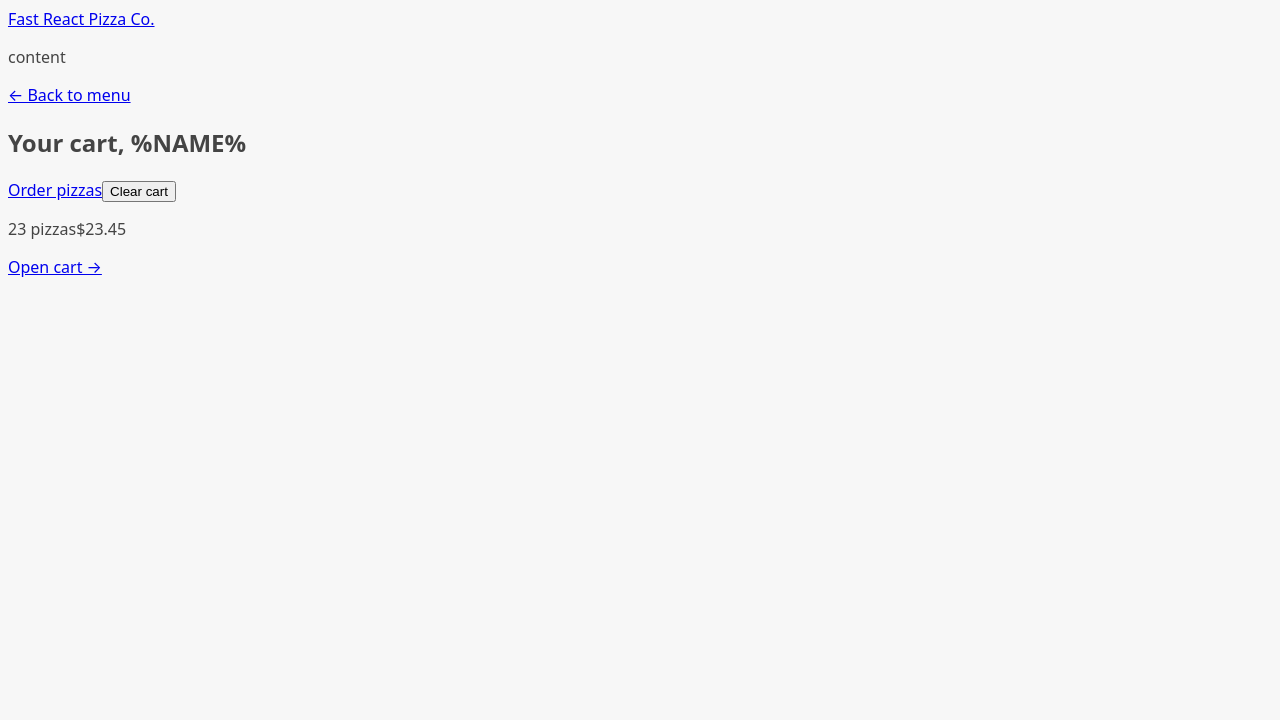
Repository: ayakhaled0001/pizza-delivery
Page: /cart
These files come from the project's save history. The page is drawn as it stood at one moment and after the next save; the edit follows.
The browser window is 1280 px wide. The pictures show the whole page.
The project was rebuilt for these pictures with package versions that can differ from the ones it lists, and the page was loaded fresh each time. Also part of the build but not shown: vite.config.js, src/ui/Home.jsx, src/services/apiRestaurant.jsx, src/utilities/helpers.jsx, src/features/menu/MenuItem.jsx, src/features/menu/Menu.jsx, src/features/order/Order.jsx. Imported but missing from the stored project, and not drawn on this page: src/features/order/CreateOrder.

Above is the page before, as saved 2025-04-26 15:25:27.

### src/App.jsx
import { createBrowserRouter, RouterProvider } from "react-router-dom";
import Home from "./ui/Home";
import Menu, { loader as menuLoader } from "./features/menu/Menu";
import Cart from "./features/cart/Cart";
import CreateOrder from "./features/order/CreateOrder";
import Order from "./features/order/Order";
import AppLayout from "./ui/AppLayout";
const router = createBrowserRouter([
  {
    element: <AppLayout />,
    children: [
      { path: "/", element: <Home /> },
      { path: "/menu", element: <Menu />, loader: menuLoader },
      { path: "/cart", element: <Cart /> },
      { path: "/order/new", element: <CreateOrder /> },
      { path: "/order/:orderId", element: <Order /> },
    ],
  },
]);
function App() {
  return <RouterProvider router={router} />;
}

export default App;

### src/ui/AppLayout.jsx
import Header from "./Header";
import CartOverview from "../features/cart/CartOverview";
import { Outlet, useNavigation } from "react-router-dom";

function AppLayout() {
  const navigation = useNavigation();
  const isLoading = navigation.state === "loading";
  return (
    <div>
      <Header />
      <main>
        <p>content</p>
        <Outlet />
      </main>
      <CartOverview />
    </div>
  );
}

export default AppLayout;

### src/ui/Header.jsx
import { Link } from "react-router-dom";

function Header() {
  return (
    <header>
      <Link to="/">Fast React Pizza Co.</Link>
    </header>
  );
}

export default Header;

Loaded but not shown: index.html (common file); src/main.jsx (common file); src/index.css (common file); src/features/cart/Cart.jsx (common file); src/features/cart/CartOverview.jsx (common file)

After the next save:
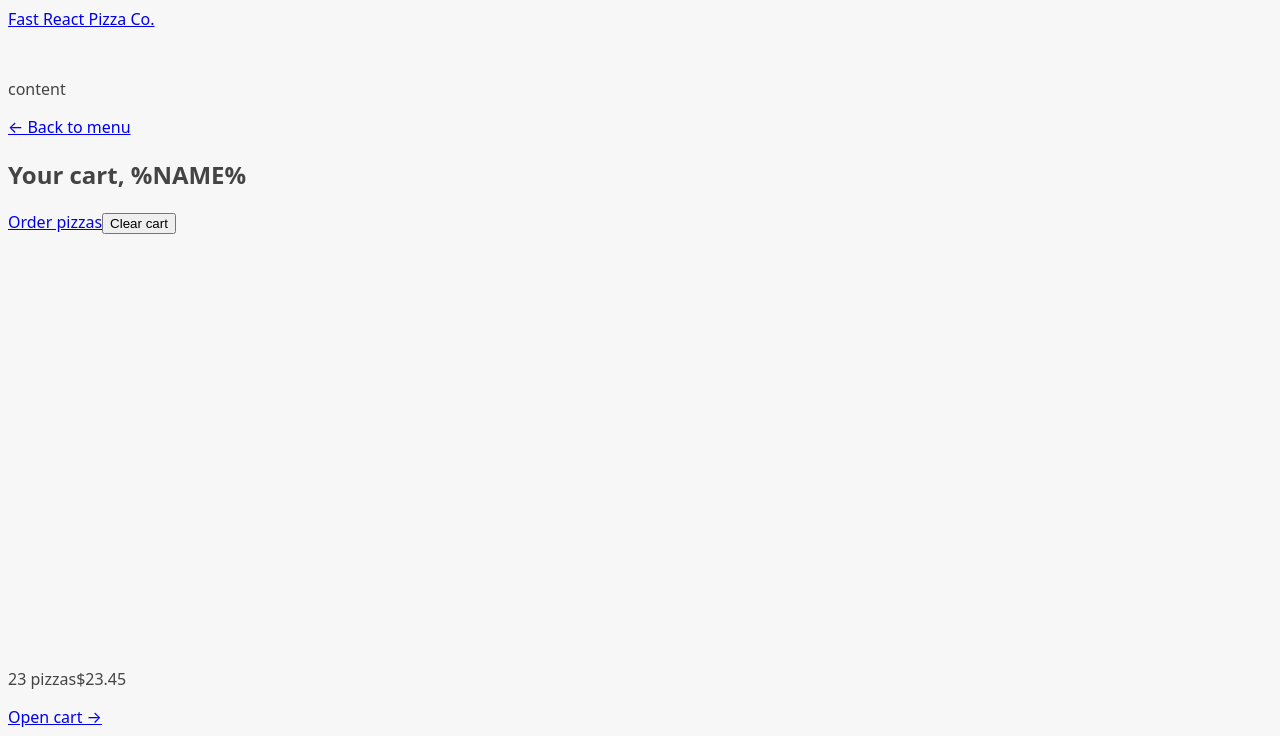
Saved 17 s later.
--- a/src/ui/AppLayout.jsx
+++ b/src/ui/AppLayout.jsx
@@ -6,7 +6,7 @@ function AppLayout() {
   const navigation = useNavigation();
   const isLoading = navigation.state === "loading";
   return (
-    <div>
+    <div className="layout">
       <Header />
       <main>
         <p>content</p>
